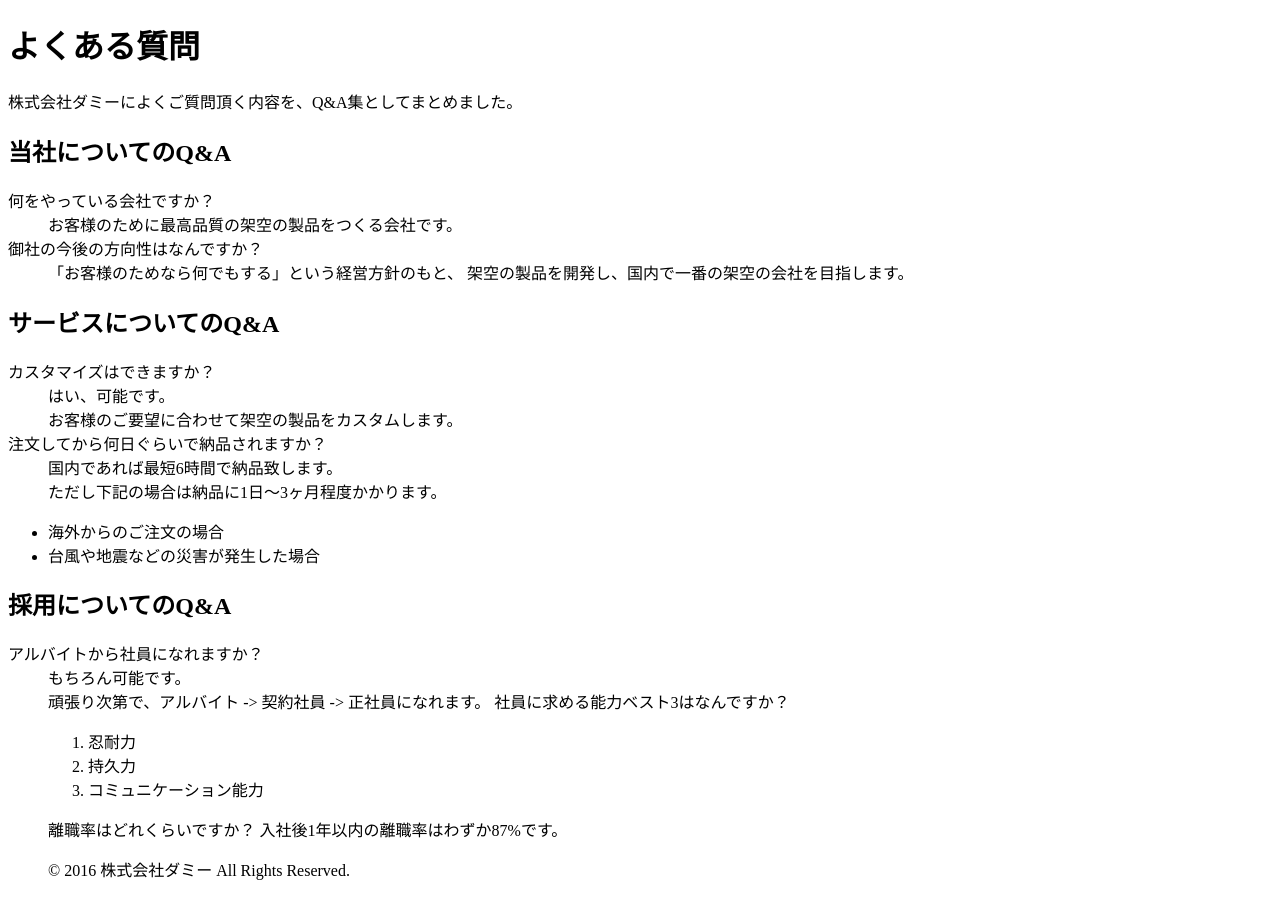
Repository: winc1980/practice-hp2022-wednesday
Page: ruka/practice1.html
These files come from the project's save history. The page is drawn as it stood at one moment and after the next save; the edit follows.
The browser window is 1280 px wide. The pictures show the whole page.

Above is the page before, as saved 2022-05-26 00:39:32.

### ruka/practice1.html
<!DOCTYPE html>
<html lang="ja">
<head>
    <meta charset="UTF-8">
    <meta http-equiv="X-UA-Compatible" content="IE=edge">
    <meta name="viewport" content="width=device-width, initial-scale=1.0">
    <title>よくある質問 | 架空の株式会社ダミー</title>
</head>
<body>
    <h1>よくある質問</h1>

<p>
株式会社ダミーによくご質問頂く内容を、Q&A集としてまとめました。
</p>

<h2>当社についてのQ&A</h2>


何をやっている会社ですか？
<dd>
お客様のために最高品質の架空の製品をつくる会社です。
</dd>

御社の今後の方向性はなんですか？
<dd>
「<span>お客様のためなら何でもする</span>」という経営方針のもと、
架空の製品を開発し、<span>国内で一番の架空の会社を目指します。</span>
</dd>


<h2>サービスについてのQ&A</h2>

カスタマイズはできますか？
<dd>
はい、可能です。<br>
お客様のご要望に合わせて架空の製品をカスタムします。
</dd>

注文してから何日ぐらいで納品されますか？
<dd>
国内であれば最短6時間で納品致します。<br>
ただし下記の場合は納品に1日〜3ヶ月程度かかります。
</dd>
<ul>
<li>
海外からのご注文の場合
</li>
<li>
台風や地震などの災害が発生した場合
</li>
</ul>
<h2>採用についてのQ&A</h2>

アルバイトから社員になれますか？
<dd>
もちろん可能です。<br>
頑張り次第で、アルバイト -> 契約社員 -> 正社員になれます。

社員に求める能力ベスト3はなんですか？
<ol>
<li>忍耐力</li>
<li>持久力</li>
<li>コミュニケーション能力</li>
</ol>



離職率はどれくらいですか？
入社後1年以内の離職率は<span>わずか</span>87%です。
<p>
© 2016 株式会社ダミー All Rights Reserved.
</p>
</body>
</html>

After the next save:
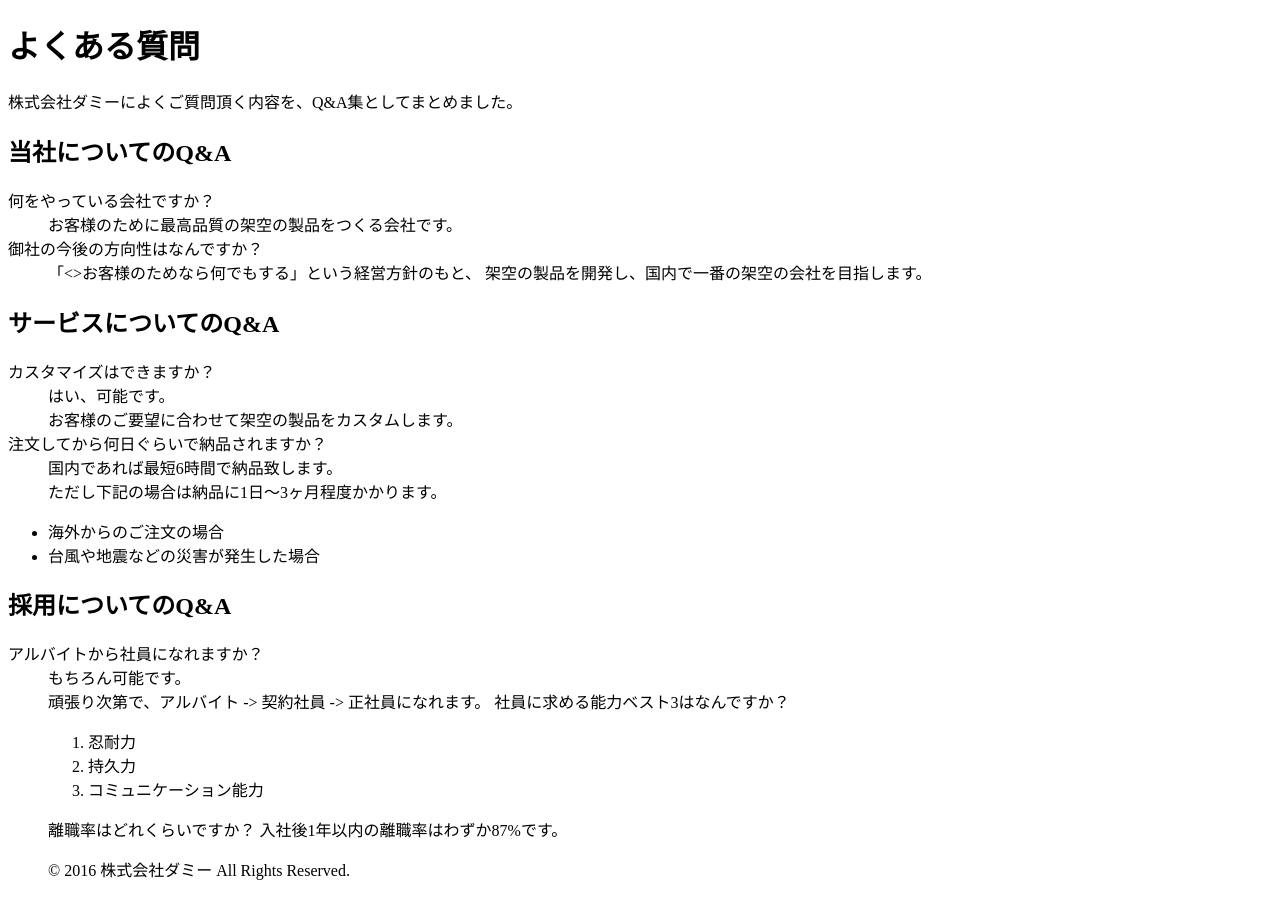
Saved 5 min 17 s later.
--- a/ruka/practice1.html
+++ b/ruka/practice1.html
@@ -23,7 +23,7 @@
 
 御社の今後の方向性はなんですか？
 <dd>
-「<span>お客様のためなら何でもする</span>」という経営方針のもと、
+「<>お客様のためなら何でもする</>」という経営方針のもと、
 架空の製品を開発し、<span>国内で一番の架空の会社を目指します。</span>
 </dd>
 

After the save that followed:
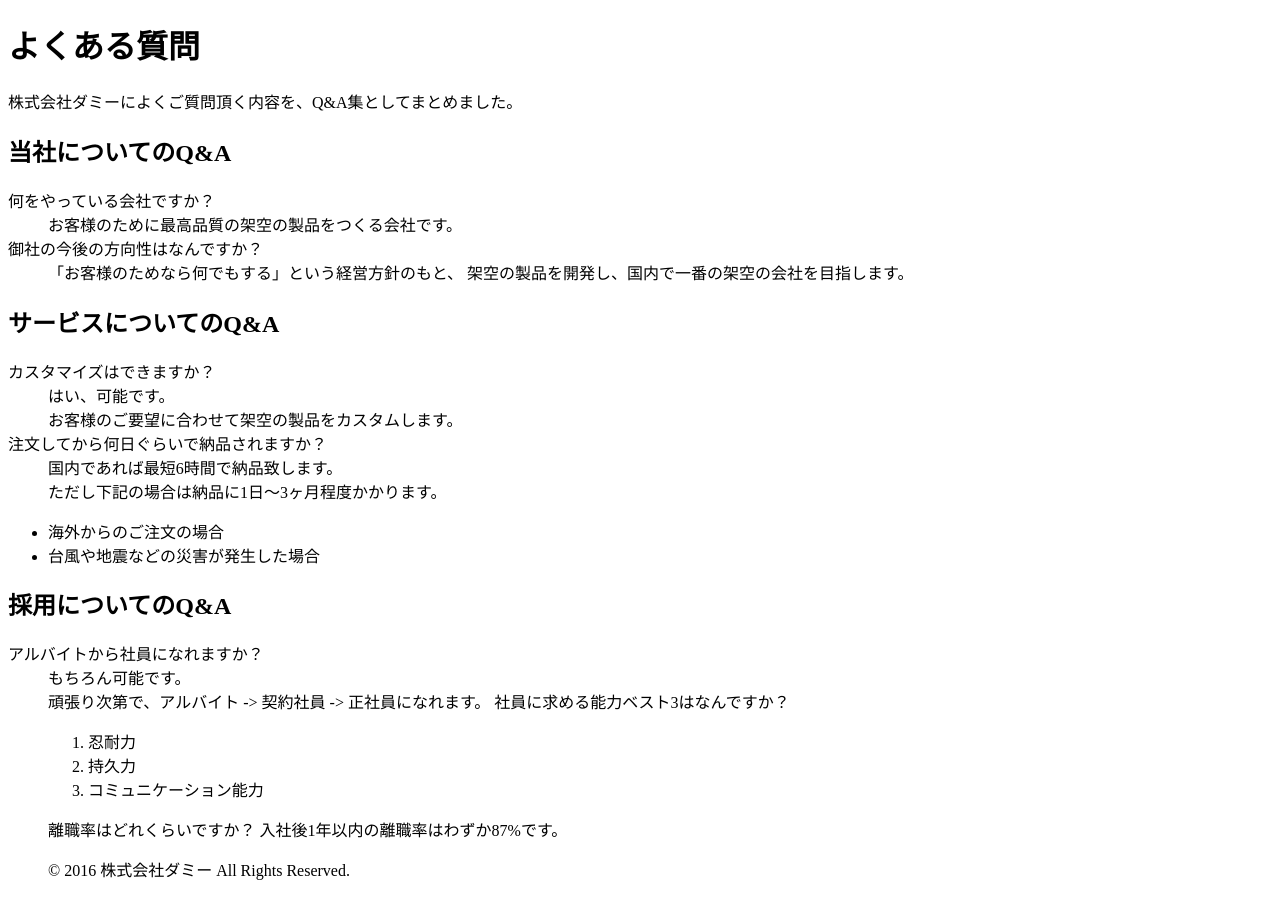
Saved 4 s later.
--- a/ruka/practice1.html
+++ b/ruka/practice1.html
@@ -23,7 +23,7 @@
 
 御社の今後の方向性はなんですか？
 <dd>
-「<>お客様のためなら何でもする</>」という経営方針のもと、
+「<l>お客様のためなら何でもする</l>」という経営方針のもと、
 架空の製品を開発し、<span>国内で一番の架空の会社を目指します。</span>
 </dd>
 
